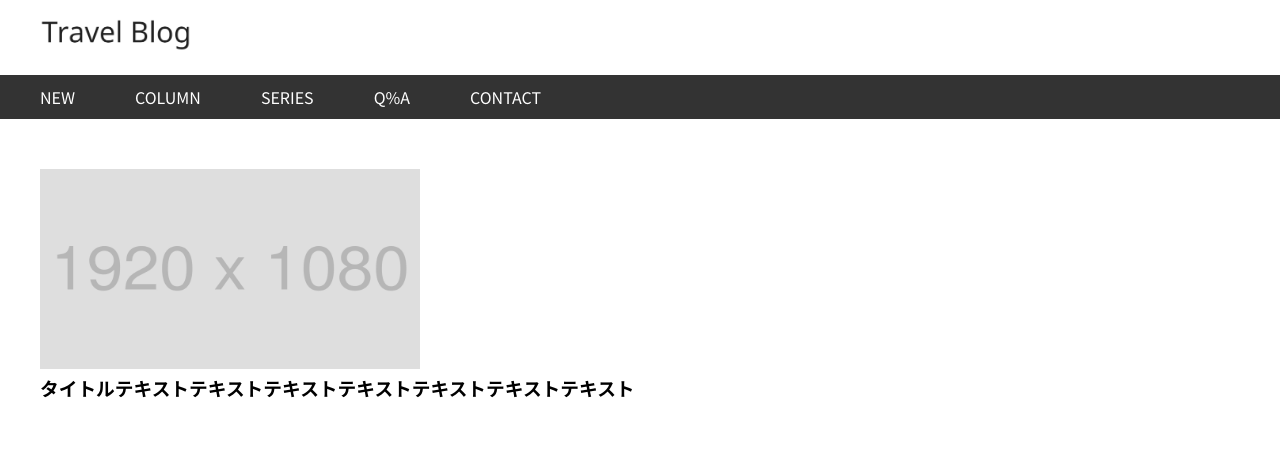
Repository: n19880405nick/challenge
Page: Codestep/Blog/blog.html
The author's editor kept a record of every edit. The page is drawn from the files as they stood at one moment, then again after the next edit.
The browser window is 1280 px wide. The pictures show the whole page.

Above is the page before.

### Codestep/Blog/blog.html
<!DOCTYPE html>
<html lang="ja">
  <head>
    <meta charset="UTF-8">
    <meta name="viewport" content="width=device-width, initial-scale=1.0">
    <title>Blog</title>
    <link rel="stylesheet" href="blog.css">
    <link rel="shortcut icon" href="img/favicon.ico">
    <link rel="preconnect" href="https://fonts.googleapis.com">
    <link rel="preconnect" href="https://fonts.gstatic.com" crossorigin>
    <link href="https://fonts.googleapis.com/css2?family=Noto+Sans&family=Noto+Sans+JP&display=swap" rel="stylesheet">
  </head>

  <body>
    <header>
      <div id="logo">
        <a href=""><img class="logo" src="img/logo.svg"></a>
      </div>
      <nav>
        <ul>
          <li><a href="">NEW</a></li>
          <li><a href="">COLUMN</a></li>
          <li><a href="">SERIES</a></li>
          <li><a href="">Q%A</a></li>
          <li><a href="">CONTACT</a></li>
        </ul>
      </nav>
    </header>

    <div id="pickup">
      <article class="pickup">
        <img class="pickup-image" src="img/pickup1.jpg">
        <h3 class="pickup-title">タイトルテキストテキストテキストテキストテキストテキストテキスト</h3>
        <div class="readmore">
          <a href="">READ MORE</a>
        </div>
      </article>
    </div>

    <div id="container">
      <main></main>
      <div id="aside"></div>
    </div>

    <footer></footer>
  </body>

</html>

### Codestep/Blog/blog.css
*{
  margin: 0;
  padding: 0;
  box-sizing: border-box;
}

body{
  font-family: 'Noto Sans JP', 'Noto Sans', sans-serif;
}

#logo{
  width: 1200px;
  margin: 0 auto;
}

.logo{
  width: 150px;
  height: 70px;
}

nav{
  width: 100%;
  background-color: #333;
}

ul, #pickup{
  width: 1200px;
  display: flex;
  margin: 0 auto;
}

li{
  list-style: none;
  margin: 10px 30px;
}

header li:nth-child(1){
  margin-left: 0;
}

a{
  text-decoration: none;
  color: white;
}

.pickup{
  margin: 50px 0 100px;
}

.pickup:nth-child(2){
  margin: 50px 20px 100px;
}

.pickup-image{
  width: 380px;
  height: 200px;
}

After the next edit:
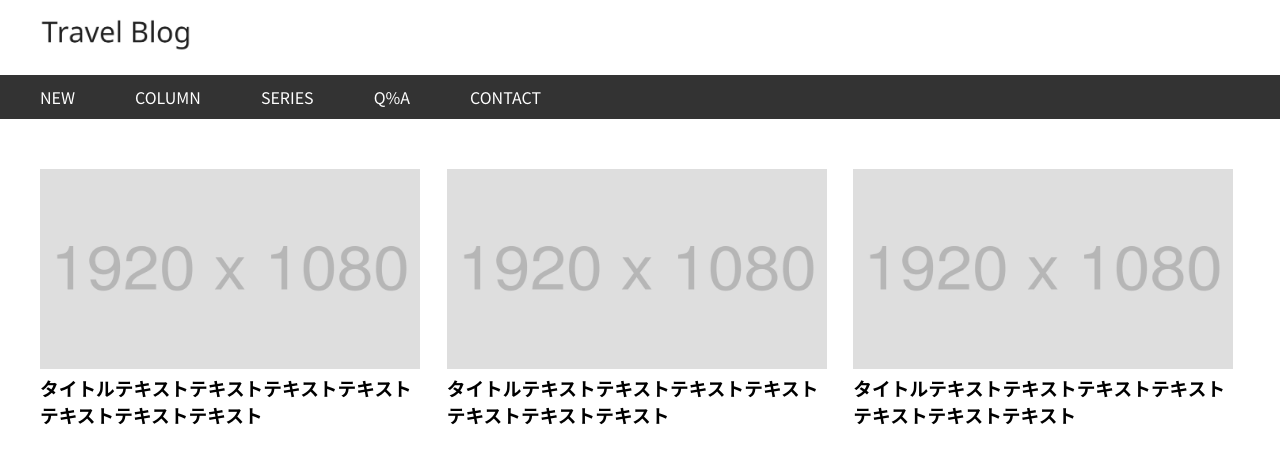
The edit:
--- a/Codestep/Blog/blog.html
+++ b/Codestep/Blog/blog.html
@@ -35,6 +35,20 @@
           <a href="">READ MORE</a>
         </div>
       </article>
+      <article class="pickup">
+        <img class="pickup-image" src="img/pickup1.jpg">
+        <h3 class="pickup-title">タイトルテキストテキストテキストテキストテキストテキストテキスト</h3>
+        <div class="readmore">
+          <a href="">READ MORE</a>
+        </div>
+      </article>
+      <article class="pickup">
+        <img class="pickup-image" src="img/pickup1.jpg">
+        <h3 class="pickup-title">タイトルテキストテキストテキストテキストテキストテキストテキスト</h3>
+        <div class="readmore">
+          <a href="">READ MORE</a>
+        </div>
+      </article>
     </div>
 
     <div id="container">
